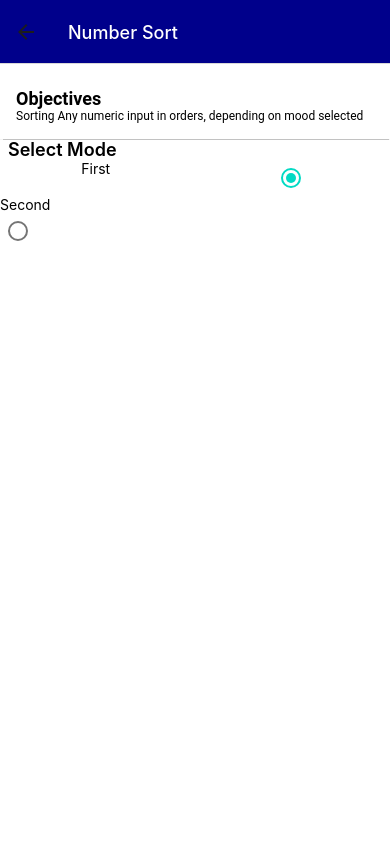
Repository: seyicoded/rn-crazy-algorithm-app
Screen: /Sort_simple_number
The author's editor kept a copy of each file at every save. The screen is drawn from the files as they stood at one save, then again after the next save.
The app was drawn by React Native's web renderer in a window 390 px wide. The project was rebuilt for these pictures with package versions that can differ from the ones it lists, and the page was loaded fresh each time. Also part of the build but not shown: src/screens/sort.js, src/screens/filter.js, src/screens/advance.js, src/screens/sorts/Sort_alphabet.js.

Above is the screen before, as saved 2022-03-30 17:42:49.

After the next save:
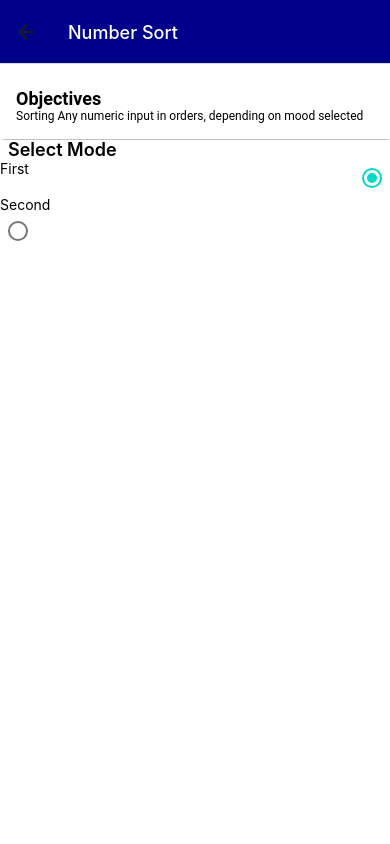
Saved 35 s later.
--- a/src/screens/sorts/Sort_simple_number.js
+++ b/src/screens/sorts/Sort_simple_number.js
@@ -21,7 +21,7 @@ export default function Sort_simple_number() {
         <Text style={styles.title_element}>Select Mode</Text>
 
         <RadioButton.Group onValueChange={newValue => setValue(newValue)} value={value}>
-            <View style={{flexDirection: 'row', justifyContent: 'space-around'}}>
+            <View style={{flexDirection: 'row', justifyContent: 'space-between'}}>
                 <Text>First</Text>
                 <RadioButton value="first" />
             </View>
